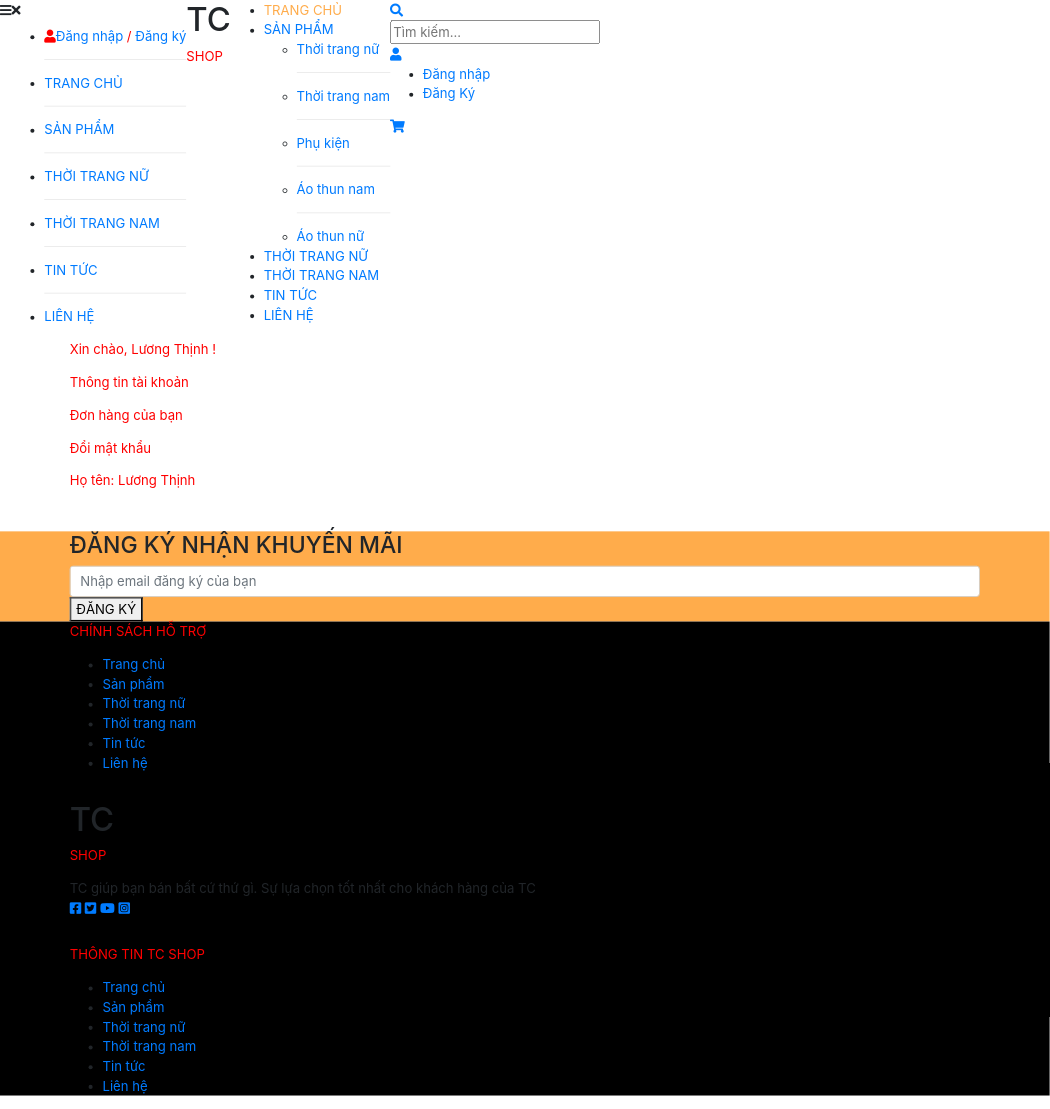
Repository: congthinh1701/TCshop
Page: ThongTinTaiKhoan.html
An editor plug-in stored every save of this project. The page is shown before and after the next save, followed by the edit.
The browser window is 1280 px wide. The pictures show the whole page, at 82% of full size.
The style sheet was rebuilt from its Sass, Less or Tailwind sources for each picture, by a compiler version that may differ from the author's.

Above is the page before, as saved 2021-09-08 16:58:56.

### ThongTinTaiKhoan.html
<!DOCTYPE html>
<html lang="en">
<head>
    <meta charset="UTF-8">
    <meta http-equiv="X-UA-Compatible" content="IE=edge">
    <meta name="viewport" content="width=device-width, initial-scale=1.0">
    <title>Document</title>
    <link rel="stylesheet" href="fontawesome-free-5.15.4-web/css/all.css">
    <link rel="stylesheet" href="sass/style.css">
</head>
<body>
    <div id="headerID"> <!-- your header --> </div>
    <div class="container">
        <div class="trang-tai-khoan">
            <div class="trang-tai-khoan-hello">
                <p><span>Xin chào, </span>Lương Thịnh !</p>
            </div>
            <div class="trang-tai-khoan-thong-tin">
                <p>Thông tin tài khoản</p>
            </div>
            <div class="trang-tai-khoan-hello">
                <p>Đơn hàng của bạn</p>
            </div>
            <div class="trang-tai-khoan-hello">
                <p>Đổi mật khẩu</p>
            </div>
        </div>
        <div class="thong-tin-tai-khoan">
            <h4></h4>
            <div class="thong-tin-tai-khoan-name">
                <p><span>Họ tên: </span>Lương Thịnh</p>
            </div>
        </div>
    </div>
    <div id="footerID"> <!-- your header --> </div>
    <script src="https://cdnjs.cloudflare.com/ajax/libs/jquery/3.6.0/jquery.min.js" integrity="sha512-894YE6QWD5I59HgZOGReFYm4dnWc1Qt5NtvYSaNcOP+u1T9qYdvdihz0PPSiiqn/+/3e7Jo4EaG7TubfWGUrMQ==" crossorigin="anonymous" referrerpolicy="no-referrer"></script>
    <script>
        $("#headerID").load("header.html");
        $("#footerID").load("footer.html");
      </script>
</body>
</html>

### header.html
<!DOCTYPE html>
<html lang="en">
<head>
    <meta charset="UTF-8">
    <meta http-equiv="X-UA-Compatible" content="IE=edge">
    <meta name="viewport" content="width=device-width, initial-scale=1.0">
    <title>Document</title>
    <link rel="stylesheet" href="assets/css/style.css">
    <link rel="stylesheet" href="assets/css/base.css">
    <link rel="stylesheet" href="fontawesome-free-5.15.4-web/css/all.css">
    <link rel="stylesheet" href="https://maxcdn.bootstrapcdn.com/bootstrap/4.1.3/css/bootstrap.min.css">
    <script src="https://maxcdn.bootstrapcdn.com/bootstrap/4.1.3/js/bootstrap.min.js"></script>
</head>
<body>
    <div class="container-lg">
        <div class="nav">
            <label for="nav-mobile-input" class="nav_bars-btn">
                <i class="fas fa-bars"></i>
            </label>

            <input hidden type="checkbox" name="" class="nav_input" id="nav-mobile-input">
            <label for="nav-mobile-input" class="nav_overlay"></label>
            <nav class="nav-mobile">
                <label for="nav-mobile-input" class="nav__mobile-close">
                    <i class="fas fa-times"></i>
                </label>
                <ul class="nav__mobile-list">

                    <li class="nav__mobile-list-user">

                        <p><i class="fas fa-user"></i><a href="#">Đăng nhập</a> <span>/</span> <a href="#">Đăng ký</a>
                        </p>
                    </li>
                    <hr>
                    <li>
                        <a href="" class="nav__mobile-link">TRANG CHỦ</a>
                    </li>
                    <hr>
                    <li>
                        <a href="" class="nav__mobile-link">SẢN PHẨM</a>
                    </li>
                    <hr>
                    <li>
                        <a href="" class="nav__mobile-link">THỜI TRANG NỮ</a>
                    </li>
                    <hr>
                    <li>
                        <a href="" class="nav__mobile-link">THỜI TRANG NAM</a>
                    </li>
                    <hr>
                    <li>
                        <a href="" class="nav__mobile-link">TIN TỨC</a>
                    </li>
                    <hr>
                    <li>
                        <a href="" class="nav__mobile-link">LIÊN HỆ</a>
                    </li>
                </ul>
            </nav>
            <div class="nav-logo">
                <h1>TC</h1>
                <p>SHOP</p>
            </div>
            <nav class="nav-pc">
                <ul class="nav__list">
                    <li>
                        <a style="color:#ffac4b" href="home.html" class="nav__link">TRANG CHỦ</a>
                    </li>
                    <li class="options">
                        <a href="" class="nav__link">SẢN PHẨM</a>
                        <div class="nav__link-options">
                            <ul class="nav__link-options-list">
                                <li><a href="#">Thời trang nữ</a></li>
                                <hr>
                                <li><a href="#">Thời trang nam</a></li>
                                <hr>
                                <li><a href="#">Phụ kiện</a></li>
                                <hr>
                                <li><a href="#">Áo thun nam</a></li>
                                <hr>
                                <li><a href="#">Áo thun nữ</a></li>
                            </ul>
                        </div>
                    </li>
                    <li>
                        <a href="" class="nav__link">THỜI TRANG NỮ</a>
                    </li>
                    <li>
                        <a href="" class="nav__link">THỜI TRANG NAM</a>
                    </li>
                    <li>
                        <a href="" class="nav__link">TIN TỨC</a>
                    </li>
                    <li>
                        <a href="" class="nav__link">LIÊN HỆ</a>
                    </li>
                </ul>
            </nav>
            <div class="nav-right">
                <div class="search">
                    <a href="#"><i class="fas fa-search"></i></a>
                    <div class="search-hover">
                        <form>
                            <input class="search" type="text" name="search" placeholder="Tìm kiếm..." />
                        </form>
                    </div>
                </div>
                <div class="user">
                    <a href="#"> <i class="fas fa-user"></i></a>
                    <div class="user-hover">
                        <ul class="user-hover-list">
                            <li class="nav_link"><a href="#">Đăng nhập</a></li>
                            <li><a href="#">Đăng Ký</a></li>
                        </ul>
                    </div>
                </div>
                <div class="shopping">
                    <a href="card.html"><i class="fas fa-shopping-cart"></i></a>

                </div>
            </div>


        </div>
    </div>
</body>
</html>

### footer.html
<!DOCTYPE html>
<html lang="en">
<head>
    <meta charset="UTF-8">
    <meta http-equiv="X-UA-Compatible" content="IE=edge">
    <meta name="viewport" content="width=device-width, initial-scale=1.0">
    <title>Document</title>
    <link rel="stylesheet" href="assets/css/style.css">
    <link rel="stylesheet" href="assets/css/base.css">
    <link rel="stylesheet" href="fontawesome-free-5.15.4-web/css/all.css">
    <link rel="stylesheet" href="https://maxcdn.bootstrapcdn.com/bootstrap/4.1.3/css/bootstrap.min.css">
    <script src="https://maxcdn.bootstrapcdn.com/bootstrap/4.1.3/js/bootstrap.min.js"></script>
</head>
<body>
    <div class="container-lg" style="background-color: #ffac4b; margin-top: 50px;">
        <div class="container dangky">
            <div class="dangky-left">
                <h3>ĐĂNG KÝ NHẬN KHUYẾN MÃI</h3>
            </div>
            <div class="dangky-right">
                <form>
                    <input class="form-control" type="text" placeholder="Nhập email đăng ký của bạn">
                    <button type="button">ĐĂNG KÝ</button>
                </form>
            </div>
        </div>
    </div>

    <div class="container-lg" style="background-color: black">
        <div class="container footer">
            <div class="chinhsach-hotro">
                <p class="header">CHÍNH SÁCH HỖ TRỢ</p>
                <ul class="nav-list">
                    <li class="nav_link"><a href="#">Trang chủ</a></li>
                    <li class="nav_link"><a href="#">Sản phẩm</a></li>
                    <li class="nav_link"><a href="#">Thời trang nữ</a></li>
                    <li class="nav_link"><a href="#">Thời trang nam</a></li>
                    <li class="nav_link"><a href="#">Tin tức</a></li>
                    <li class="nav_link"><a href="#">Liên hệ</a></li>
                </ul>
            </div>
            <hr>
            <div class="ketnoi-shop">
                <h1>TC</h1>
                <p>SHOP</p>
                <span>TC giúp bạn bán bất cứ thứ gì. Sự lựa chọn tốt nhất cho khách hàng của TC</span>
                <div class="mangxahoi">
                    <a href="#"><i class="fab fa-facebook-square"></i></a>
                    <a href="#"><i class="fab fa-twitter-square"></i></a>
                    <a href="#"><i class="fab fa-youtube"></i></a>
                    <a href="#"><i class="fab fa-instagram-square"></i></a>
                </div>
            </div>
            <hr>
            <div class="thongtin-shop">
                <p class="header">THÔNG TIN TC SHOP</p>
                <ul class="nav-list">
                    <li class="nav_link"><a href="#">Trang chủ</a></li>
                    <li class="nav_link"><a href="#">Sản phẩm</a></li>
                    <li class="nav_link"><a href="#">Thời trang nữ</a></li>
                    <li class="nav_link"><a href="#">Thời trang nam</a></li>
                    <li class="nav_link"><a href="#">Tin tức</a></li>
                    <li class="nav_link"><a href="#">Liên hệ</a></li>
                </ul>
            </div>
        </div>
    </div>
</body>
</html>

### assets/css/base.css
:root{
    --primary-color:#EE4D2D;
    --primary-color-rgba:rgb(238,75,43);
    --white-color:#fff;
    --black-color:#000;
    --text-color:#333333;
    --font-weight:700;
    --font-size-product:19px;
    --font-weight-product:400;
    --font-size-price:18px;
    --header-height:120px;
    --navbar-height:34px;
    --header-with-search-height:calc(var(var(--header-height)-var(var(--navbar-height))))

}

### sass/style.scss

$text-color:red;
$text-fontSize:20px;
$text-fontSizeTK:22px;
$fontWeight:500;
p{
    color: $text-color;
}

Loaded but not shown: fontawesome-free-5.15.4-web/css/all.css (library)

After the next save:
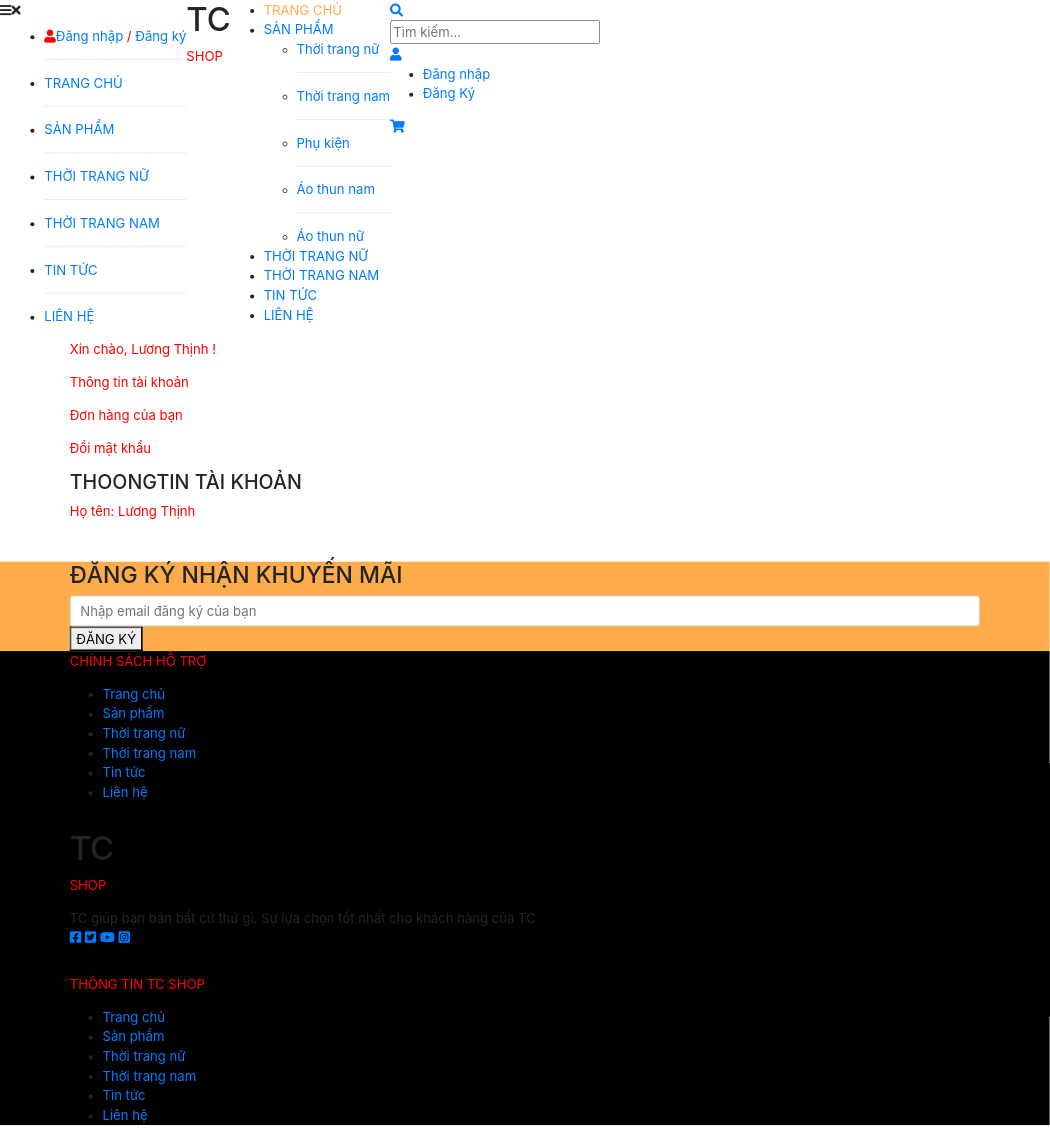
Saved 6 s later.
--- a/ThongTinTaiKhoan.html
+++ b/ThongTinTaiKhoan.html
@@ -26,7 +26,7 @@
             </div>
         </div>
         <div class="thong-tin-tai-khoan">
-            <h4></h4>
+            <h4>THOONGTIN TÀI KHOẢN</h4>
             <div class="thong-tin-tai-khoan-name">
                 <p><span>Họ tên: </span>Lương Thịnh</p>
             </div>
